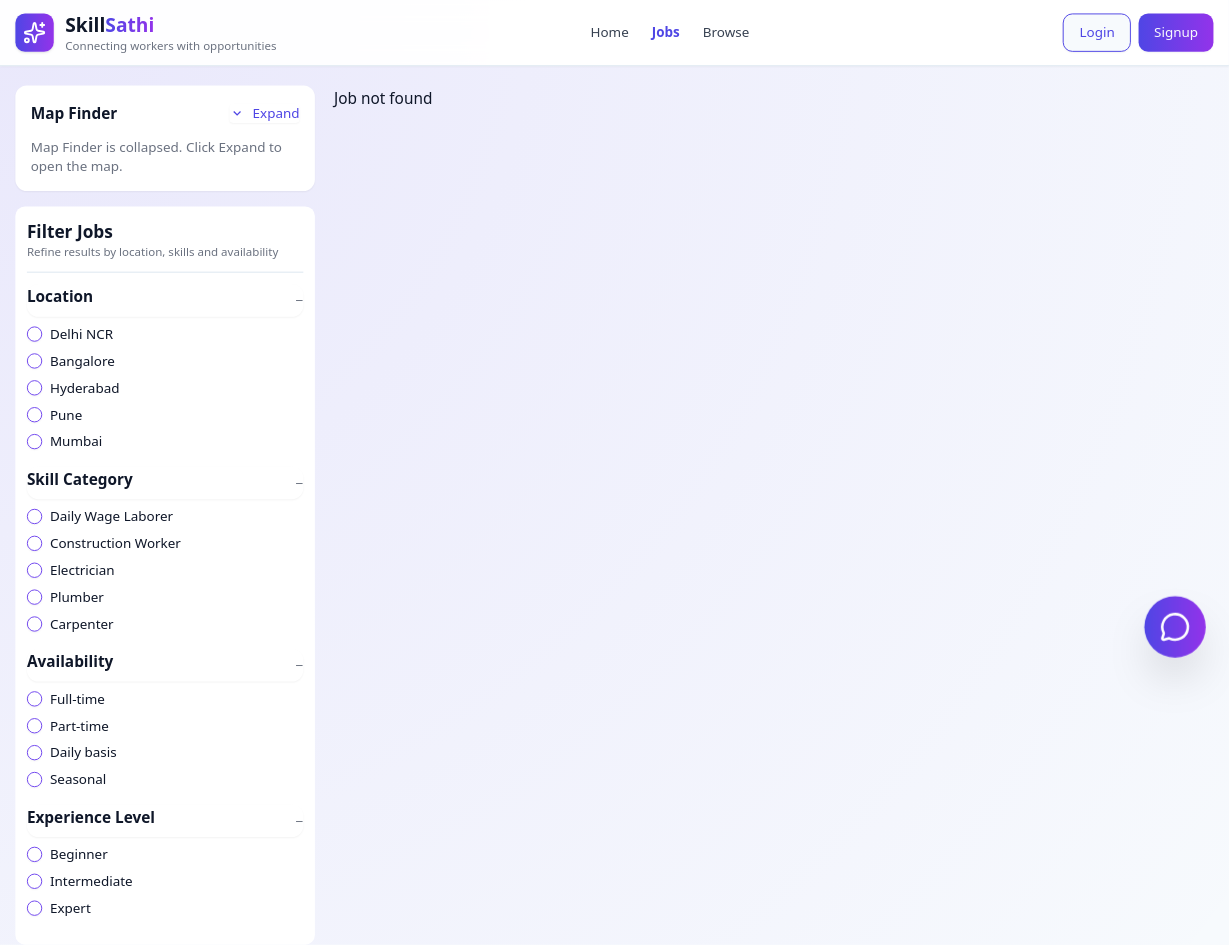
Repository: pi-AshuSingh/SkillSathi
Page: /jobs (app in frontend/)
An editor plug-in stored every save of this project. The page is shown before and after the next save, followed by the edit.
The browser window is 1280 px wide. The pictures show the whole page, at 96% of full size.
The project was rebuilt for these pictures with package versions that can differ from the ones it lists, and the page was loaded fresh each time. Also part of the build but not shown: frontend/vite.config.js, frontend/src/components/ui/popover.jsx, frontend/src/components/ui/avatar.jsx, frontend/src/components/ui/input.jsx, frontend/src/components/ui/radio-group.jsx, frontend/src/components/auth/Login.jsx, frontend/src/components/auth/Signup.jsx, frontend/src/components/HeroSection.jsx and 37 more.

Above is the page before, as saved 2025-11-11 08:53:31.

After the next save:
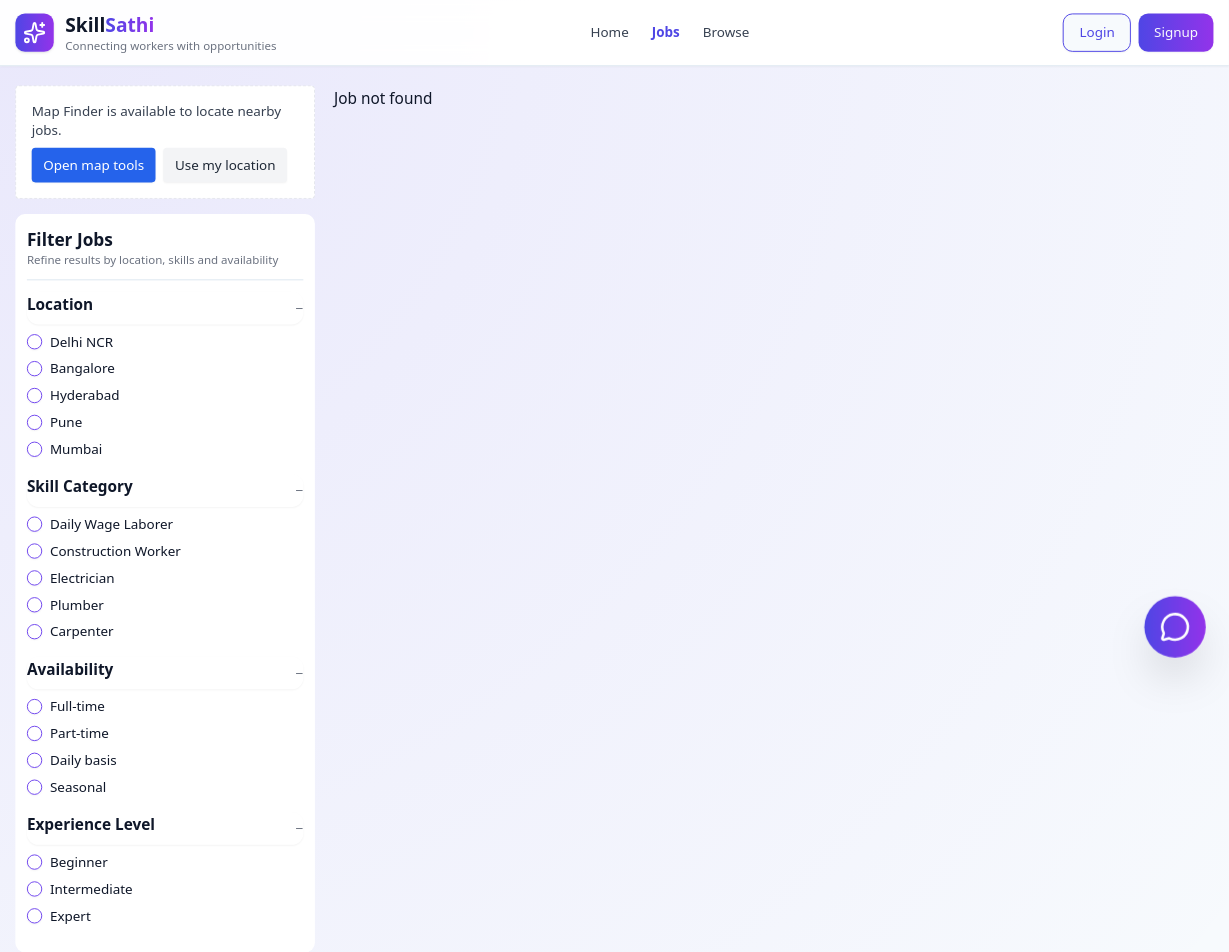
Saved 73 s later.
--- a/frontend/src/components/Jobs.jsx
+++ b/frontend/src/components/Jobs.jsx
@@ -11,6 +11,7 @@ import { motion } from 'framer-motion';
 const Jobs = () => {
     const { allJobs, searchedQuery } = useSelector(store => store.job);
     const [filterJobs, setFilterJobs] = useState(allJobs);
+    const [showMap, setShowMap] = useState(false);
 
     useEffect(() => {
         if (searchedQuery) {
@@ -41,9 +42,30 @@ const Jobs = () => {
                 <div className='flex gap-5 flex-col md:flex-row'>
                     <div className='w-full md:w-1/4'>
                         <div className="mb-4">
-                            <Suspense fallback={<div className="p-3 rounded bg-gray-50 text-sm">Loading map tools…</div>}>
-                                <MapFinder />
-                            </Suspense>
+                            {!showMap ? (
+                                <div className="p-4 rounded border border-dashed border-gray-200 bg-white">
+                                    <div className="text-sm text-gray-700 mb-2">Map Finder is available to locate nearby jobs.</div>
+                                    <div className="flex gap-2">
+                                        <button
+                                            onMouseEnter={() => import('./MapFinder')}
+                                            onClick={() => setShowMap(true)}
+                                            className="px-3 py-2 bg-blue-600 text-white rounded text-sm hover:bg-blue-700"
+                                        >
+                                            Open map tools
+                                        </button>
+                                        <button
+                                            className="px-3 py-2 bg-gray-100 text-gray-800 rounded text-sm"
+                                            onClick={() => { navigator.geolocation ? navigator.geolocation.getCurrentPosition(()=>{}) : null }}
+                                        >
+                                            Use my location
+                                        </button>
+                                    </div>
+                                </div>
+                            ) : (
+                                <Suspense fallback={<div className="p-3 rounded bg-gray-50 text-sm">Loading map tools…</div>}>
+                                    <MapFinder />
+                                </Suspense>
+                            )}
                         </div>
                         <FilterCard />
                     </div>
